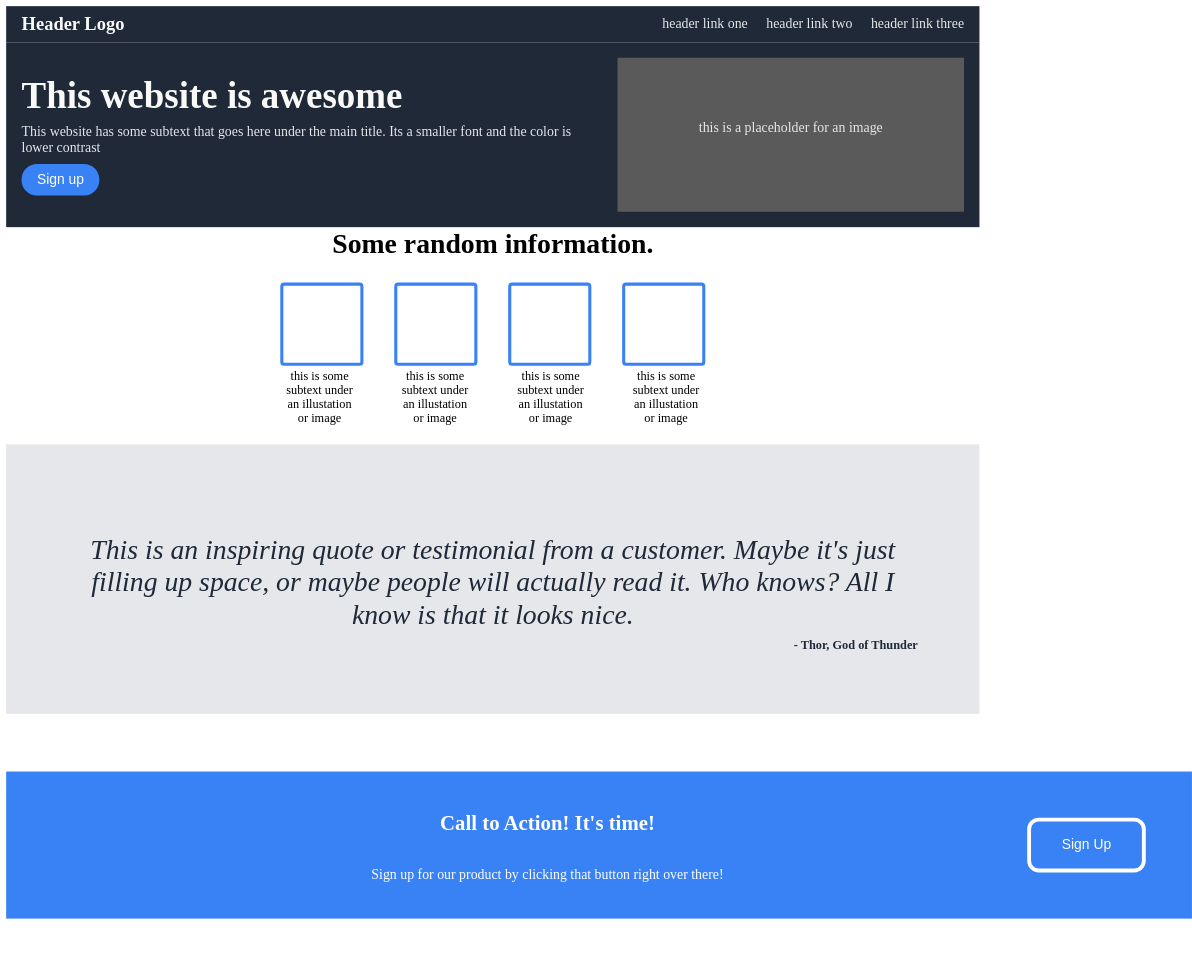
Repository: mnhardy1504/odin-recipes1
Page: flexboxlanding/index.html
These files come from the project's save history. The page is drawn as it stood at one moment and after the next save; the edit follows.
The browser window is 1280 px wide. The page is 1548 px wide, so the pictures cover 1548 px, including what lies to the right of the window. The pictures show the whole page, at 77% of full size.

Above is the page before, as saved 2023-09-15 14:42:07.

### flexboxlanding/index.html
<!DOCTYPE html>
<html>

<head>
    <meta charset="UTF-8">
    <link rel="stylesheet" href="index.css">
</head>

<body>
    <div class="header">
        <div class="header-logo"><strong>Header Logo</strong></div>
        <div class="header-links">
            <a href="#">header link one</a>
            <a href="#">header link two</a>
            <a href="#">header link three</a>
        </div>
    </div>

    <div class="flexbox-section">
        <div class="flexbox-content">
            <h1>This website is awesome</h1>
            <p class="subtext">This website has some subtext that goes here under the main title. Its a smaller font and
                the color is lower contrast</p>
            <button>Sign up</button>
        </div>
        <div class="image-container">
            <div class="image-placeholder">
                <div class="image-text">this is a placeholder for an image</div>
            </div>
        </div>
    </div>

    <div class="random"><strong>Some random information.</strong></div>

    <div class="square-container">
        <div class="square">
            <div class="square-text">
            </div>
        </div>
        <div class="square">
            <div class="square-text">
            </div>
        </div>
        <div class="square">
            <div class="square-text">
            </div>
        </div>
        <div class="square">
            </div>
        </div>
        <div class="text-container">
            <div class="text-box">this is some subtext under an illustation or image</div>
            <div class="text-box">this is some subtext under an illustation or image</div>
            <div class="text-box">this is some subtext under an illustation or image</div>
            <div class="text-box">this is some subtext under an illustation or image</div>
        </div>
    </div>
    <div class="quote-section">
        <p class="quote-text">
            This is an inspiring quote or testimonial from a customer. Maybe it's just filling up space, or maybe people
            will actually read it. Who knows? All I know is that it looks nice.
        </p>
        <div class="quote-author">
            <strong>- Thor, God of Thunder</strong>
        </div>
    </div>

    <div class="call-to-action-box">
        <div class="call-to-action-content">
            <h2>Call to Action! It's time!</h2>
            <p>Sign up for our product by clicking that button right over there!</p>
        </div>
        <div class="call-to-action-button">
            <button>Sign Up</button>
        </div>
    </div>
</body>

</html>

### flexboxlanding/index.css
.header {
    background-color: #1F2937; /* Header background color */
    color: white; /* Text color inside the header */
    display: flex;
    justify-content: space-between; /* Space between logo and links */
    align-items: center;
    padding: 10px 20px; /* Add padding to the header */
}

.header-logo {
    font-size: 24px;
     color: #f9faf8;
     margin-right: 20px;
}

.header-links a {
    text-decoration: none; /* Remove underlines from links */
    font-size: 18px;
    color: #e5e7eb;
    margin-left: 20px; /* Add spacing between links */
}

.header-links a:hover {
    text-decoration: underline;
}

.flexbox-section {
    background-color: #1F2937; /* Background color for the flexbox section */
    color: #f9faf8; /* Text color inside the flexbox section */
    display: flex;
    justify-content: space-between; /* Space between content and image */
    align-items: center;
    padding: 20px; /* Add padding to the flexbox section */
}

.flexbox-content {
    max-width: 60%; /* Adjust the maximum width of the content */
}

h1 {
    font-size: 48px;
    font-weight: bold; /* Extra-bold */
    margin: 0; /* Remove default margin */
}

.subtext {
    font-size: 18px;
    color: #e5e7eb; /* Subtext color */
    margin: 10px 0; /* Add spacing around subtext */
}

.image-container {
    display: flex;
    align-items: center; /* Vertically align content if needed */
}

.image-placeholder {
    width: 450px;
    height: 200px;
    background-color: #5A5A5A;
}

.image-text {
    font-size: 18px;
    color: #e5e7eb;
    text-align: center;
    padding: 80px;
}

.square-container {
    display: flex;
    justify-content:center;
    align-items: center;
    flex-wrap: wrap;
    background-color: white;
    padding: 10px;
}

.square {
    width: 100px;
    height: 100px;
    background-color: white;
    border: 4px solid #3882F6;
    text-align: center;
    display: flex;
    flex-direction: column;
    justify-content: space-between;
    align-items: center;
    color: white;
    margin: 20px;
    border-radius: 5px;
}

.text-container {
    display: flex;
    justify-content: center;
    align-items: center;
    flex-wrap: wrap;
    margin-top: -50px;
}

.text-box {
    width: 100px;
    text-align: center;
    margin: 25px;
}

.random {
    text-align: center;
    justify-content: center;
    font-size: 36px
}

.quote-section {
    background-color: #e5e7eb;
    padding: 80px;
    text-align: center;
}

.quote-text {
    font-size: 36px;
    font-style: italic;
    color: #1F2937;
    margin-bottom: 10px;
}

.quote-author {
    font-style: light italic;
    color: #1F2937;
    text-align: right;
    font-weight: 800;
}

.call-to-action-box {
    display: flex; /* Use flexbox for layout */
    background-color: #3882F6; /* White background for the container */
    padding: 20px;
    width: 1500px;
    margin: 75px auto;
}

.call-to-action-content {
    flex-grow: 1; /* Make this div expand to fill the available space */
    display: flex; /* Use flexbox within the container */
    flex-direction: column; /* Stack items vertically */
    align-items: center; /* Center items horizontally */
    justify-content: center; /* Center items vertically */
    margin-left: 100px ;
    max-width: 1200px;
    font-size: 18px;
    color: white;
}

.call-to-action-button {
    background-color: #3882F6; /* Blue background for the button */
    color: white;
    padding: 10px 20px; /* Adjust padding if needed */
    border: 5px solid white; /* Set border style and color */
    border-radius: 15px;
    font-size: 18px;
    cursor: pointer;
    height: 100; /* Adjust the height to your preference */
    margin: 40px;
}


/* Add hover effect to the button */
.call-to-action-content button:hover {
    background-color: #1F5CFF; /* Darker blue on hover */
}

button {
    background-color: #3882F6;
    color: white;
    padding: 10px 20px;
    border: white;
    border-radius: 20px;
    font-size: 18px;
    cursor: pointer;
    align-items: right;
    text-align: right;
}

button:hover {
    background-color: #3882F6
}

After the next save:
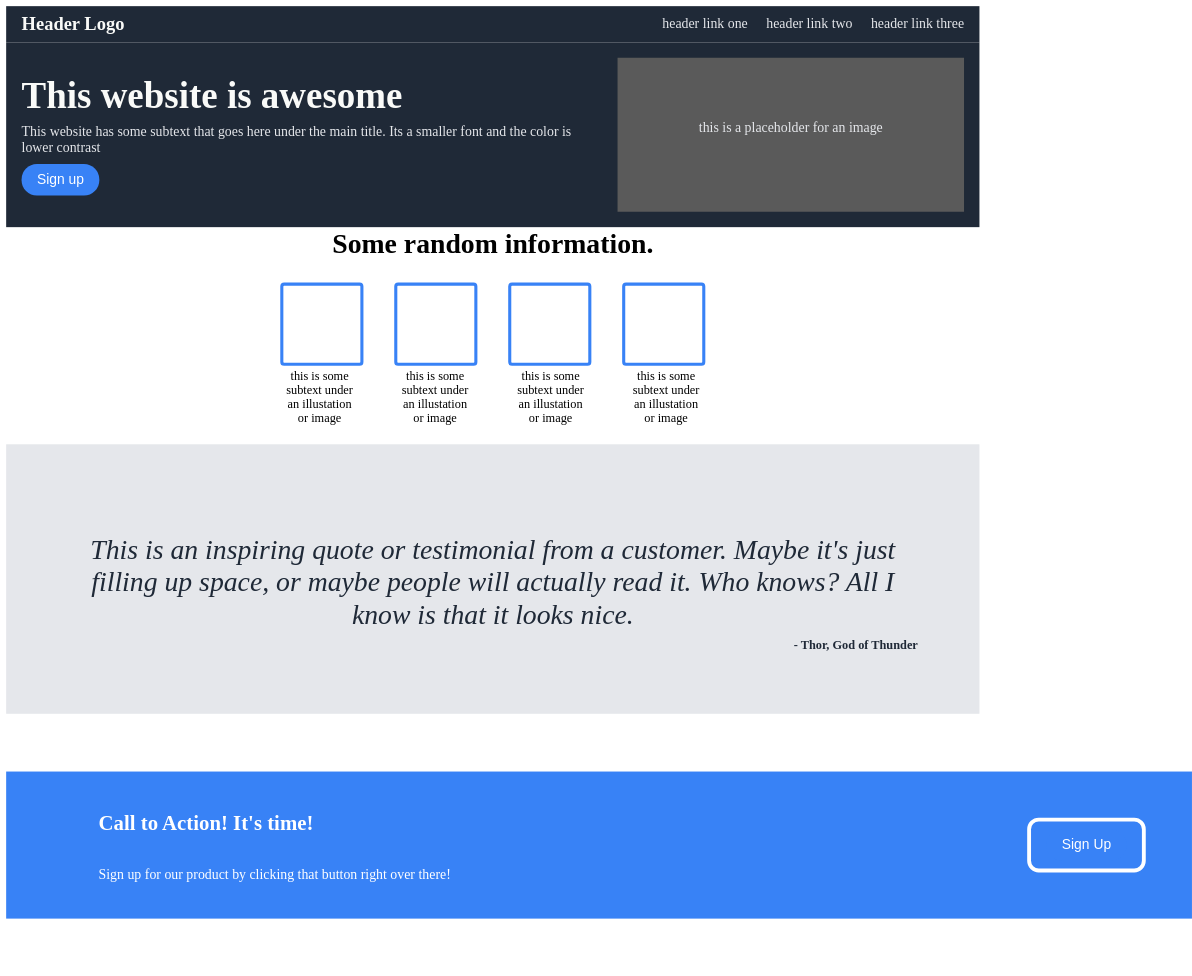
Saved 25 s later.
--- a/flexboxlanding/index.css
+++ b/flexboxlanding/index.css
@@ -143,7 +143,7 @@ h1 {
     flex-grow: 1; /* Make this div expand to fill the available space */
     display: flex; /* Use flexbox within the container */
     flex-direction: column; /* Stack items vertically */
-    align-items: center; /* Center items horizontally */
+    align-items: left; /* Center items horizontally */
     justify-content: center; /* Center items vertically */
     margin-left: 100px ;
     max-width: 1200px;
